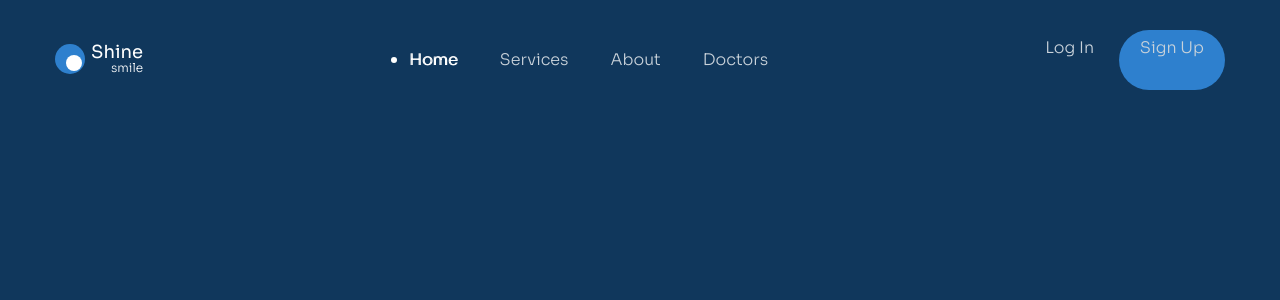
Repository: Tran-Dat/F8_Project_03
Page: index.html
These files come from the project's save history. The page is drawn as it stood at one moment and after the next save; the edit follows.
The browser window is 1280 px wide. The pictures show the whole page.

Above is the page before, as saved 2023-04-03 09:54:41.

### index.html
<!DOCTYPE html>
<html lang="en">
    <head>
        <meta charset="UTF-8" />
        <meta http-equiv="X-UA-Compatible" content="IE=edge" />
        <meta name="viewport" content="width=device-width, initial-scale=1.0" />
        <title>shine smile</title>

        <!-- Favicon -->
        <link rel="apple-touch-icon" sizes="57x57" href="./assets/favicon/" />
        <link
            rel="apple-touch-icon"
            sizes="60x60"
            href="./assets/favicon/apple-icon-60x60.png"
        />
        <link
            rel="apple-touch-icon"
            sizes="72x72"
            href="./assets/favicon/apple-icon-72x72.png"
        />
        <link
            rel="apple-touch-icon"
            sizes="76x76"
            href="./assets/favicon/apple-icon-76x76.png"
        />
        <link
            rel="apple-touch-icon"
            sizes="114x114"
            href="./assets/favicon/apple-icon-114x114.png"
        />
        <link
            rel="apple-touch-icon"
            sizes="120x120"
            href="./assets/favicon/apple-icon-120x120.png"
        />
        <link
            rel="apple-touch-icon"
            sizes="144x144"
            href="./assets/favicon/apple-icon-144x144.png"
        />
        <link
            rel="apple-touch-icon"
            sizes="152x152"
            href="./assets/favicon/apple-icon-152x152.png"
        />
        <link
            rel="apple-touch-icon"
            sizes="180x180"
            href="./assets/favicon/apple-icon-180x180.png"
        />
        <link
            rel="icon"
            type="image/png"
            sizes="192x192"
            href="./assets/favicon/android-icon-192x192.png"
        />
        <link
            rel="icon"
            type="image/png"
            sizes="32x32"
            href="./assets/favicon/favicon-32x32.png"
        />
        <link
            rel="icon"
            type="image/png"
            sizes="96x96"
            href="./assets/favicon/favicon-96x96.png"
        />
        <link
            rel="icon"
            type="image/png"
            sizes="16x16"
            href="./assets/favicon/favicon-16x16.png"
        />
        <link rel="manifest" href="./assets/favicon/manifest.json" />
        <meta name="msapplication-TileColor" content="#ffffff" />
        <meta
            name="msapplication-TileImage"
            content="./assets/favicon/ms-icon-144x144.png"
        />
        <meta name="theme-color" content="#ffffff" />

        <!-- Emmet Fonts -->
        <link rel="preconnect" href="https://fonts.googleapis.com" />
        <link rel="preconnect" href="https://fonts.gstatic.com" crossorigin />
        <link
            href="https://fonts.googleapis.com/css2?family=Sora:wght@300;400;500;600;700;800&display=swap"
            rel="stylesheet"
        />

        <!-- Reset Css -->
        <link rel="stylesheet" href="./assets/css/reset.css" />
        <link rel="stylesheet" href="./assets/css/style.css" />
    </head>
    <body>
        <header class="header">
            <div class="container">
                <div class="header-top">
                    <!-- Logo -->
                    <a href="/">
                        <div class="logo">
                            <span class="logo__circle"> </span>
                            <span class="logo__text">
                                <span class="logo__brand">Shine</span>
                                <span class="logo__brand logo__brand--small">
                                    smile
                                </span>
                            </span>
                        </div>
                    </a>

                    <!-- NavBar -->
                    <nav class="navbar">
                        <ul class="navbar__list">
                            <li class="navbar__item">
                                <a
                                    href="#!"
                                    class="navbar__link navbar__item--active"
                                >
                                    Home
                                </a>
                            </li>
                            <li class="navbar__item">
                                <a href="#!" class="navbar__link">Services</a>
                            </li>
                            <li class="navbar__item">
                                <a href="#!" class="navbar__link">About</a>
                            </li>
                            <li class="navbar__item">
                                <a href="#!" class="navbar__link">Doctors</a>
                            </li>
                        </ul>
                    </nav>

                    <!-- Action -->
                    <div class="action">
                        <a href="" class="action__btn">Log In</a>
                        <a href="" class="btn action__btn">Sign Up</a>
                    </div>
                </div>
            </div>
        </header>
    </body>
</html>

### assets/css/style.css
* {
    box-sizing: border-box;
}

:root {
    --header-bg: #10375c;
}

html {
    font-size: 62.5%;
}

body {
    font-size: 1.6rem;
    font-family: "Sora", sans-serif;
}

/* ================================================================ Common ================================================================ */

.btn {
    display: inline-block;
    height: 60px;
    padding: 0 20px;
    border-radius: 99px;
    line-height: 52px;
    color: #fff;
    background: #2e80ce;
}

a {
    text-decoration: none;
}

.container {
    width: 1170px;
    max-width: calc(100% - 48px);
    margin: 0 auto;
}

/* ================================================================ Header ================================================================ */

.header {
    min-height: 100vh;
    background: var(--header-bg);
    padding-top: 30px;
}

.header-top {
    display: flex;
    justify-content: space-between;
    align-items: center;
}

.logo {
    display: inline-flex;
    position: relative;
    font-size: 1rem;
}

.logo__circle::before,
.logo__circle::after {
    content: "";
    display: inline-block;
    border-radius: 50%;
}

.logo__circle::before {
    width: 3em;
    height: 3em;
    background: #2e80ce;
}

.logo__circle::after {
    position: absolute;
    top: 1.1em;
    left: 1.1em;
    width: 1.6em;
    height: 1.6em;
    background: #fff;
}

.logo__text {
    margin-left: 0.6em;
    text-align: right;
    line-height: 1.6em;
}

.logo__brand {
    display: block;
    font-size: 1.8em;
    font-weight: 400;
    color: #fff;
}

.logo__brand--small {
    font-size: 1.2em;
    font-weight: 300;
}

.navbar__list {
    display: flex;
}

.action__btn,
.navbar__link {
    padding: 4px 21px;
    font-weight: 300;
    font-size: 1.6rem;
    line-height: 1.75;
    color: #c9d2da;
}

.navbar__link:hover,
.navbar__item--active {
    text-shadow: 1px 0 0 currentColor;
    color: #fff;
}

.navbar__item--active::before {
    position: relative;
    left: -8px;
    top: -2px;
    content: "";
    display: inline-block;
    width: 6px;
    height: 6px;
    border-radius: 50%;
    background-color: #fff;
}

Loaded but not shown: assets/css/reset.css (common file)

After the next save:
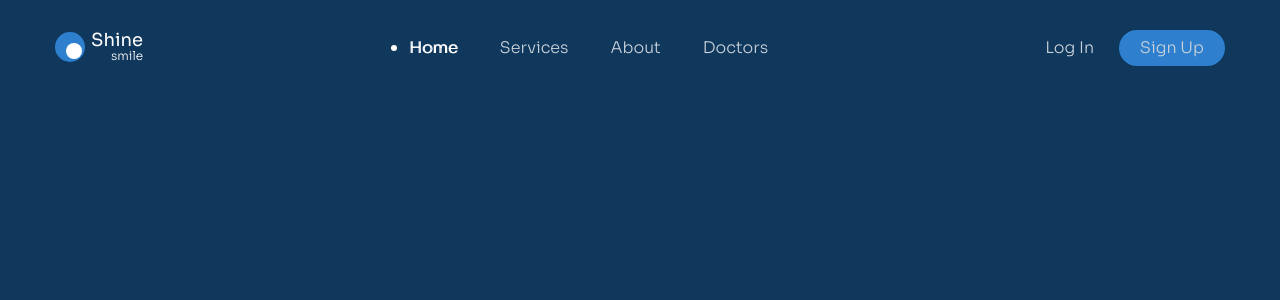
Saved 94 s later.
--- a/assets/css/style.css
+++ b/assets/css/style.css
@@ -19,8 +19,7 @@ body {
 
 .btn {
     display: inline-block;
-    height: 60px;
-    padding: 0 20px;
+
     border-radius: 99px;
     line-height: 52px;
     color: #fff;

After the 2 saves that followed:
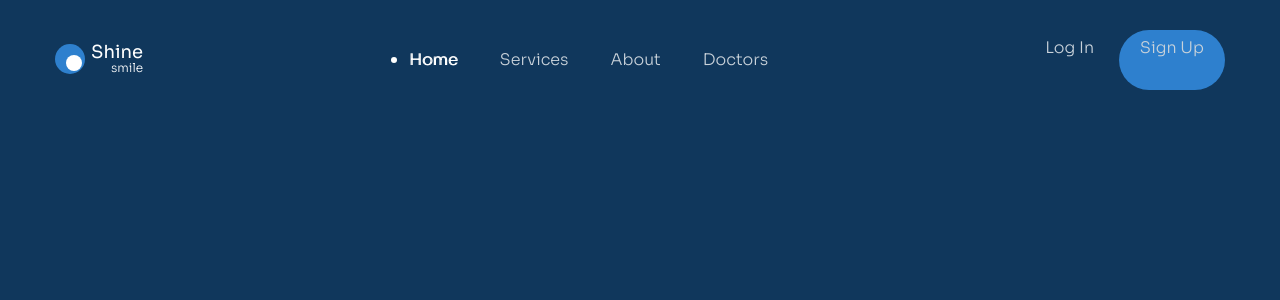
The 2 saves are shown as one change because 1 left the picture as it was.
The last was saved 28 s later.
--- a/assets/css/style.css
+++ b/assets/css/style.css
@@ -19,7 +19,8 @@ body {
 
 .btn {
     display: inline-block;
-
+    padding: 0 20px;
+    height: 60px;
     border-radius: 99px;
     line-height: 52px;
     color: #fff;
